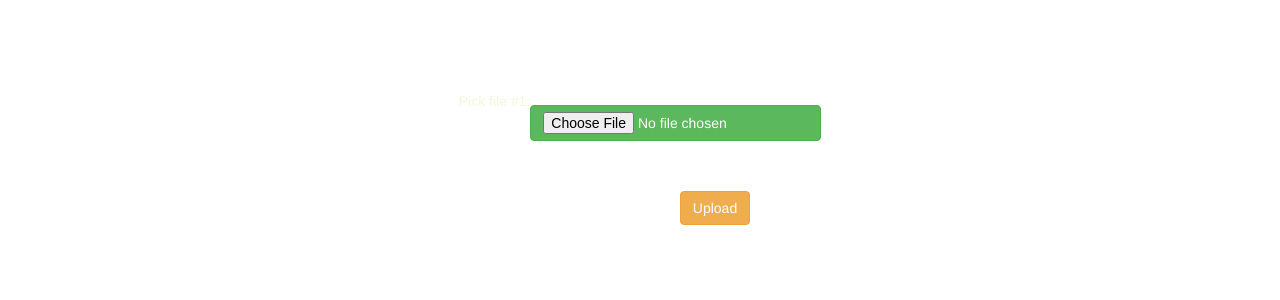
Repository: 123poornima/UpdatedSecondProject
Page: frontendPro/WebContent/_user/uploadPicture.html
An editor plug-in stored every save of this project. The page is shown before and after the next save, followed by the edit.
The browser window is 1280 px wide. The pictures show the whole page.

Above is the page before, as saved 2017-01-17 05:01:28.

After the next save:
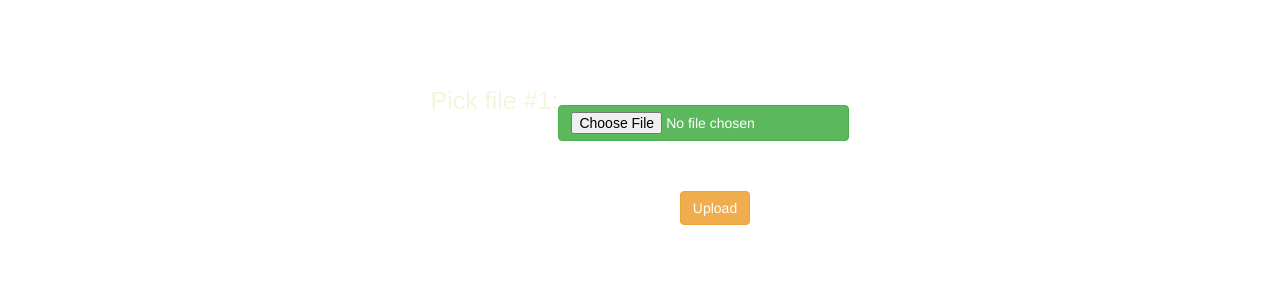
Saved 5 min 39 s later.
--- a/frontendPro/WebContent/_user/uploadPicture.html
+++ b/frontendPro/WebContent/_user/uploadPicture.html
@@ -16,7 +16,7 @@
         <form method="post" action="http://localhost:8085/backendPro/doUpload" enctype="multipart/form-data">
             <table border="0">
                 <tr style="color:#F5F5DC">
-                    <td style="color:#F5F5DC";margin-top:50px>Pick file #1:</td>
+                    <td style="color:#F5F5DC;font-size:25px;margin-top:50px">Pick file #1:</td>
                     <td><input style="margin-top:45px" class="btn btn-success" type="file" name="fileUpload" /></td>
                     <br>
                 </tr>
